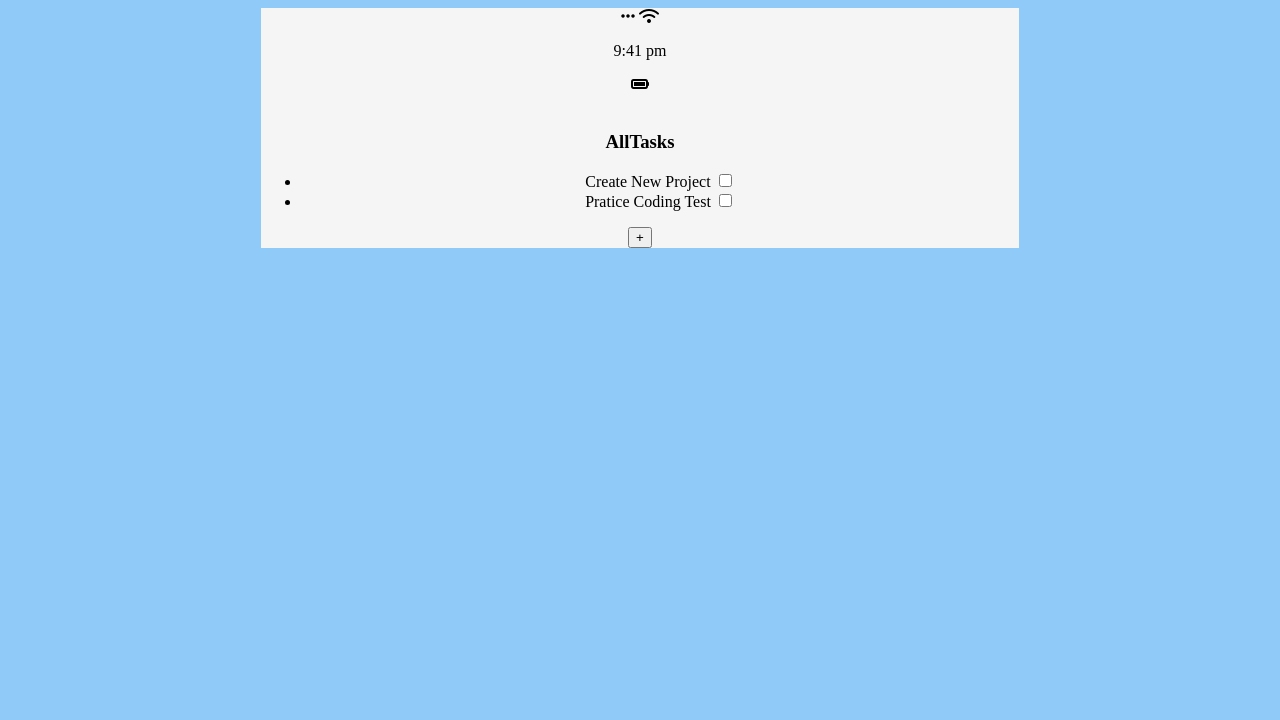
Repository: EEOOOO/javascript-projects
Page: todoListApp/index.html
These files come from the project's save history. The page is drawn as it stood at one moment and after the next save; the edit follows.
The browser window is 1280 px wide. The pictures show the whole page.
Some icons come from a web library that is not loaded, so they are not drawn. Some web libraries are served in a nearby version.

Above is the page before, as saved 2022-07-29 15:46:13.

### todoListApp/index.html
<!DOCTYPE html>
<html lang="en">
<head>
    <meta charset="UTF-8">
    <meta http-equiv="X-UA-Compatible" content="IE=edge">
    <meta name="viewport" content="width=device-width, initial-scale=1.0">
    <script defer src="https://kit.fontawesome.com/7419342558.js" crossorigin="anonymous"></script>
    <script defer src="todoList.js"></script>
    <link rel="stylesheet" href="style.css">
    <title>ToDoList</title>
</head>
<body>
    <section class="container">
        <section class="defaultIcons">
            <i class="fas fa-ellipsis"></i>
            <i class="fas fa-wifi"></i>
            <p class="time">9:41 pm</p>
            <span class="batterySpan"></span>
            <i class="fas fa-battery-full"></i>
        </section>
        <nav class="navbar">
            <i class="fas fa-bars-sort"></i>
            <h1 class="title">AllTasks</h1>
        </nav>
        <section class="taskList">
            <ul class="tasks">
                <li class="task">
                    <span class="taskContent">Create New Project</span>
                    <input type="checkbox" class="taskChecker">
                </li>
                <li class="task">
                    <span class="taskContent">Pratice Coding Test</span>
                    <input type="checkbox" class="taskChecker">
                </li>
            </ul>
            <button class="addButton">+</button>
        </section>
    </section>
</body>
</html>

### todoListApp/style.css
:root {
  --color-blue: #90caf9;
  --color-white: #f5f5f5;
}
body {
  background-color: var(--color-blue);

  text-align: center;
}
.container {
  background-color: var(--color-white);
  margin: auto;
  top: 20%;
  width: 60%;
}

Loaded but not shown: todoListApp/todoList.js (no stored copy; drawn as an empty file)

After the next save:
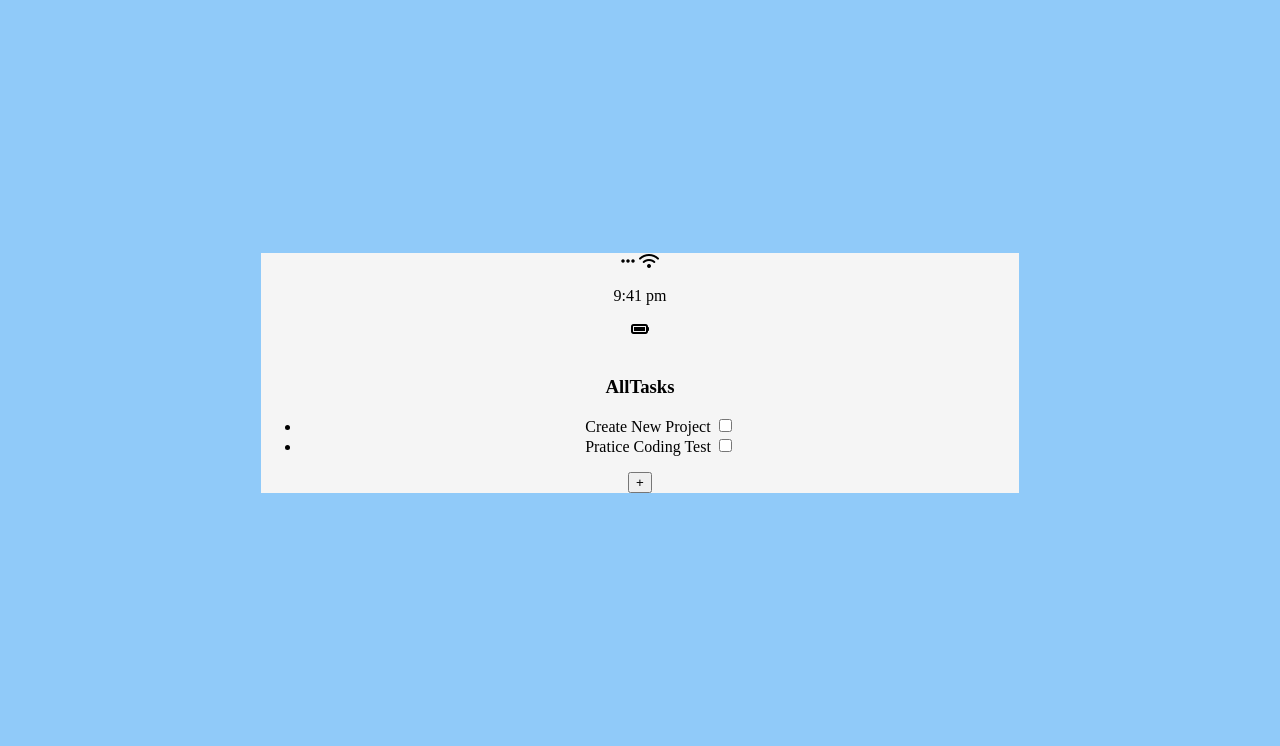
Saved 11 s later.
--- a/todoListApp/style.css
+++ b/todoListApp/style.css
@@ -9,7 +9,6 @@ body {
 }
 .container {
   background-color: var(--color-white);
-  margin: auto;
-  top: 20%;
+  margin: 20% auto;
   width: 60%;
 }
